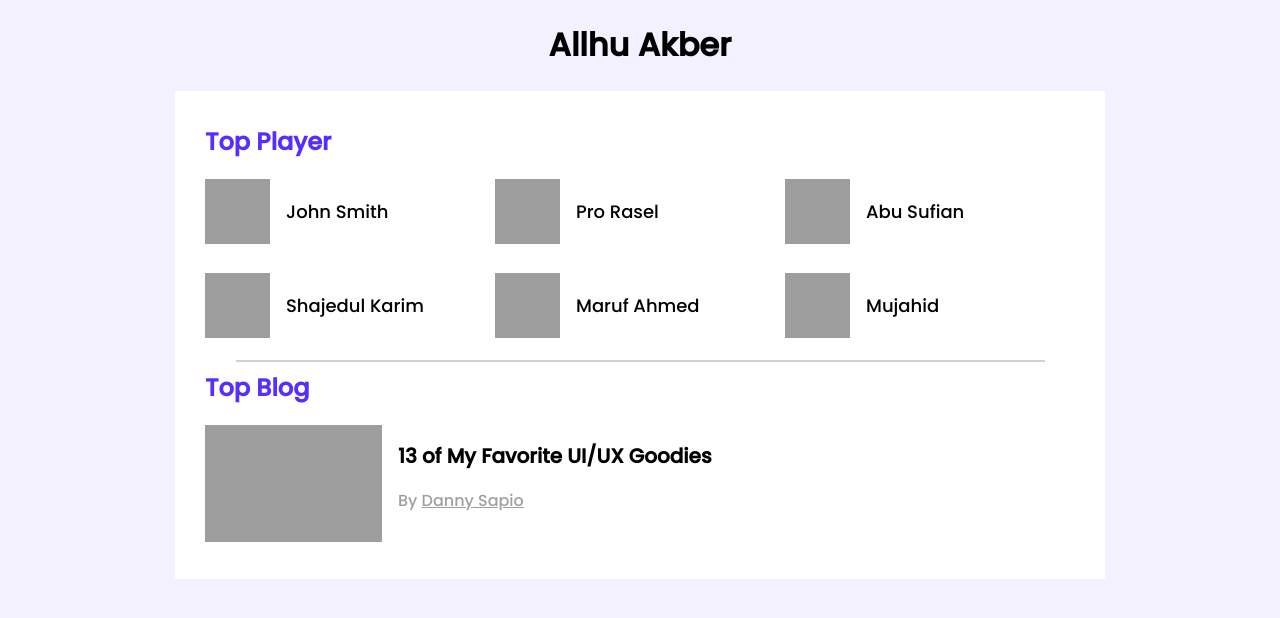
Repository: zjria/leader-board
Page: index.html
These files come from the project's save history. The page is drawn as it stood at one moment and after the next save; the edit follows.
The browser window is 1280 px wide. The pictures show the whole page.
Pictures or frames that could not be fetched are drawn as grey boxes.

Above is the page before, as saved 2022-09-04 08:23:07.

### index.html
<!DOCTYPE html>
<html lang="en">

<head>
    <meta charset="UTF-8">
    <meta http-equiv="X-UA-Compatible" content="IE=edge">
    <meta name="viewport" content="width=device-width, initial-scale=1.0">
    <title>leader-board</title>
    <!-- Custom CSS -->
    <link rel="stylesheet" href="/style/style.css">
</head>

<body>
    <h1>Allhu Akber</h1>
    <!-- Header Section -->
    <header>

    </header>
    <!-- Main Section -->
    <main>
        <section class="container">
            <div class="top-players">
                <h2 class="section-title">Top Player</h2>
                <div class="players">
                    <div class="player">
                        <img src="images/players/player-1.png" alt="">
                        <h3 class="name-title">John Smith</h3>
                    </div>
                    <div class="player">
                        <img src="images/players/player-2.png" alt="">
                        <h3 class="name-title">Pro Rasel</h3>
                    </div>
                    <div class="player">
                        <img src="images/players/player-3.png" alt="">
                        <h3 class="name-title">Abu Sufian</h3>
                    </div>
                    <div class="player">
                        <img src="images/players/player-4.png" alt="">
                        <h3 class="name-title">Shajedul Karim</h3>
                    </div>
                    <div class="player">
                        <img src="images/players/player-5.png" alt="">
                        <h3 class="name-title">Maruf Ahmed</h3>
                    </div>
                    <div class="player">
                        <img src="images/players/player-6.png" alt="">
                        <h3 class="name-title">Mujahid</h3>
                    </div>
                </div>
            </div>
            <hr class="horigantal-line">

            <!-- Blog information -->
            <div class="blog-information">
                <h2 class="section-title">Top Blog</h2>
                <article class="blogs">
                    <div class="blog-thimble">
                        <img src="images/blogs/blog-1.png" alt="">
                    </div>
                    <div class="blog-contain">
                        <h2>13 of My Favorite UI/UX Goodies</h2>
                        <p class="blog-auther">By <a href="">Danny Sapio</a></p>
                    </div>
                </article>
            </div>

        </section>
    </main>
</body>

</html>

### style/style.css
/* Google Fonts */
@import url('https://fonts.googleapis.com/css2?family=Poppins:wght@500&family=Roboto:wght@100;300;400;500;700;900&display=swap');

h1 {
    display: flex;
    justify-content: center;
}

/* Commant CSS Utilitis */
body {
    border: 0px;
    margin: 0px;
    font-family: 'Poppins', sans-serif;
    /* font-family: 'Roboto', sans-serif; */
    background-color: #F3F1FF;
}

/* Top Players Section */
main {
    display: flex;
    justify-content: center;
}

.section-title {
    color: #562EFF;
    font-size: 24px;
}

.container {
    background-color: #FFFFFF;
    width: 870px;
    padding: 30px;
}

.top-players {
    /* padding: 30px; */
    margin-bottom: 22px;
}

h2.section-title {
    margin-top: 3px;
}

.players {
    display: grid;
    grid-template-columns: repeat(3, 1fr);
    grid-row-gap: 29px;
}

.player {
    display: flex;
    align-items: center;
}

.player img {
    width: 65px;
    height: 65px;
}

.name-title {
    margin-left: 16px;
    font-size: 18px;
    font-weight: normal;
}

.horigantal-line {
    border: 1px solid #D1D1D1;
    width: 807px;
}

/* blogs details information */
.blogs {
    display: flex;
}

.blogs .blog-thimble img {
    width: 177px;
    height: 117px;
    margin-right: 16px;
}

.blog-contain h2 {
    font-size: 20px;
}

.blog-contain .blog-auther {
    color: #9F9F9F;
    font-size: 16px;
}

.blog-contain .blog-auther a {
    color: #9F9F9F;
    font-size: 16px;
}

After the next save:
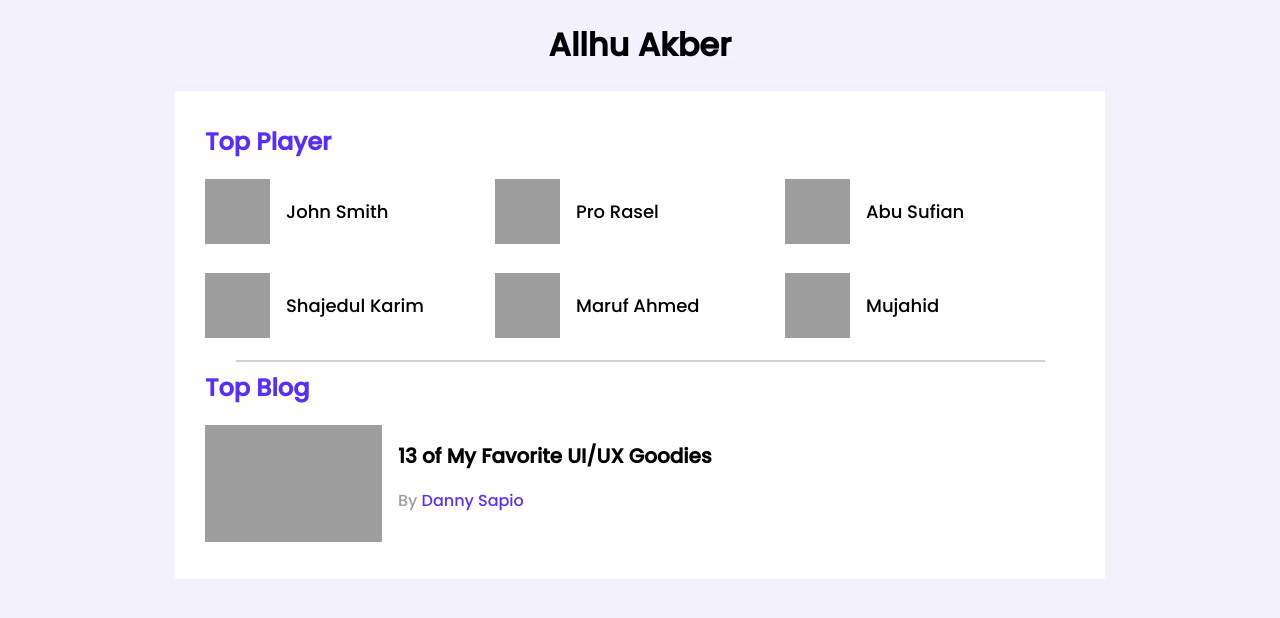
Saved 29 s later.
--- a/style/style.css
+++ b/style/style.css
@@ -89,6 +89,7 @@ h2.section-title {
 }
 
 .blog-contain .blog-auther a {
-    color: #9F9F9F;
+    color: #562EFF;
     font-size: 16px;
+    text-decoration: none;
 }
